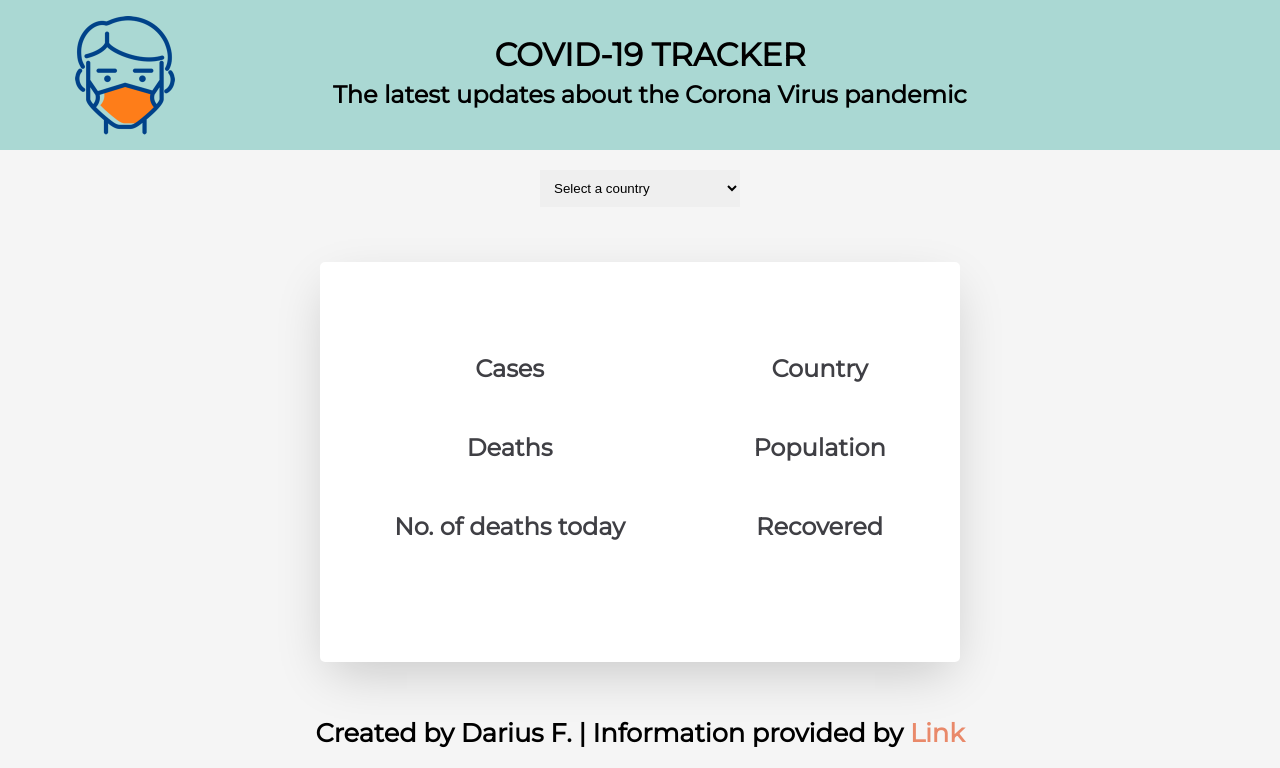
Repository: dariusfarcasanu/Covid-Tracker
Page: index.html
An editor plug-in stored every save of this project. The page is shown before and after the next save, followed by the edit.
The browser window is 1280 px wide. The pictures show the whole page.
The page's requests for data from a server got no answer.

Above is the page before, as saved 2021-05-12 16:25:51.

### index.html
<!DOCTYPE html>
<html lang="en">
  <head>
    <meta charset="UTF-8" />
    <meta http-equiv="X-UA-Compatible" content="IE=edge" />
    <meta name="viewport" content="width=device-width, initial-scale=1.0" />
    <link rel="preconnect" href="https://fonts.gstatic.com" />
    <link
      href="https://fonts.googleapis.com/css2?family=Montserrat&display=swap"
      rel="stylesheet"
    />
    <link rel="stylesheet" href="styles.css" />
    <title>Covid-19 Tracker</title>
  </head>
  <body>
    <header>
      <div class="image-container">
        <img src="rouska-covid.png" alt="" />
      </div>
      <div class="title">
        <h1>Covid-19 Tracker</h1>
        <h2>The latest updates about the Corona Virus pandemic</h2>
      </div>
    </header>
    <div class="container">
      <div class="select-container">
        <select onchange="getData(value)">
          <option value="" disabled selected hidden>Select a country</option>
        </select>
      </div>
      <div class="data-container">
        <div class="stats-container">
          <h4>Cases</h4>
          <h3 id="cases"></h3>
          <h4>Deaths</h4>
          <h3 id="deaths"></h3>
          <h4>No. of deaths today</h4>
          <h3 id="today"></h3>
        </div>

        <div class="location-container">
          <h4>Country</h4>
          <h3 id="country"></h3>
          <h4>Population</h4>
          <h3 id="population"></h3>
          <h4>Recovered</h4>
          <h3 id="recovered"></h3>
        </div>
      </div>
      <div class="footer">
        <h1>
          Created by Darius F. | Information provided by
          <a href="https://systems.jhu.edu/research/public-health/ncov/"
            >Link</a
          >
        </h1>
      </div>
    </div>
    <script src="index.js"></script>
  </body>
</html>

### styles.css
* {
  padding: 0;
  margin: 0;
  box-sizing: border-box;
}

body {
  height: 100vh;
  font-family: 'Montserrat', sans-serif;
  background-color: whitesmoke;
}

h4,
h3 {
  font-size: 1.5rem;
  padding: 10px;
  margin-bottom: 5px;
}

h3 {
  font-weight: 300;
}

header {
  /* background: linear-gradient(to right, #ff9068, #fd746c); */

  background: #aad8d3;

  text-align: center;
  line-height: 2.5rem;
  height: 150px;
  padding: 20px;
  display: flex;
  justify-content: center;
  position: relative;
}

.image-container img {
  position: absolute;
  top: 0;
  left: 50px;
  max-width: 100%;
  display: block;
  height: auto;
  width: 150px;
}

.title {
  /* margin-left: 250px; */
  text-align: center;
  display: flex;
  flex-direction: column;
  align-items: center;
  justify-content: center;
  margin-left: 20px;
}
.title h1 {
  text-transform: uppercase;
}

.select-container {
  padding: 20px;
  text-align: center;
}

.select-container select {
  padding: 10px;
  border: none;
  width: 200px;
  outline: none;
}

.data-container {
  background-color: white;
  height: 400px;
  width: 50%;
  margin: 35px auto 35px;
  padding: 10px;
  display: flex;
  justify-content: space-around;
  align-items: center;
  text-align: center;
  box-shadow: rgba(0, 0, 0, 0.2) 0px 18px 50px -10px;
  border-radius: 5px;
  color: #3f3f44;
  z-index: 100;
}

.footer {
  text-align: center;
  font-size: 0.8rem;
  padding: 20px;
}

.footer a {
  text-decoration: none;
  color: #e9896a;
}

.footer a:hover {
  color: black;
}

@media screen and (max-width: 960px) {
  header {
    flex-direction: column;
  }

  .title {
    margin: 0;
  }

  .image-container {
    margin: 0 auto;
  }
}

@media screen and (max-width: 800px) {
  .data-container {
    flex-direction: column;
    height: 700px;
    justify-content: center;
  }
}

### index.js
window.onload = function () {
  getCovidCountries();
};

const selectTag = document.querySelector('select');
const country = document.getElementById('country');
const cases = document.getElementById('cases');
const population = document.getElementById('population');
const recovered = document.getElementById('recovered');
const deaths = document.getElementById('deaths');
const today = document.getElementById('today');
//We created a function that gets the countries from the API
//and adds them to the select options

function getCovidCountries() {
  fetch('https://corona.lmao.ninja/v2/countries')
    .then(resp => resp.json())
    .then(data => {
      data.map(data => {
        let country = data.country;

        let option = document.createElement('option');
        option.value = country;
        option.text = country;
        selectTag.appendChild(option);
      });
    })
    .catch(err => console.log(err));
}

//Function to fetch the data from the external API and add the
//data to the interface

function getData() {
  fetch(`https://corona.lmao.ninja/v2/countries/${selectTag.value}`)
    .then(resp => resp.json())
    .then(data => {
      let countryData = data.country;
      let casesData = data.cases;
      let populationData = data.population;
      let recoveredData = data.recovered;
      let deathsData = data.deaths;
      let todayData = data.todayDeaths;

      country.innerHTML = countryData;
      cases.innerHTML = casesData.toLocaleString('en');
      population.innerHTML = populationData.toLocaleString('en');
      recovered.innerHTML = recoveredData.toLocaleString('en');
      deaths.innerHTML = deathsData.toLocaleString('en');
      today.innerHTML = todayData.toLocaleString('en');
    })

    .catch(err => console.log(err));
}

After the next save:
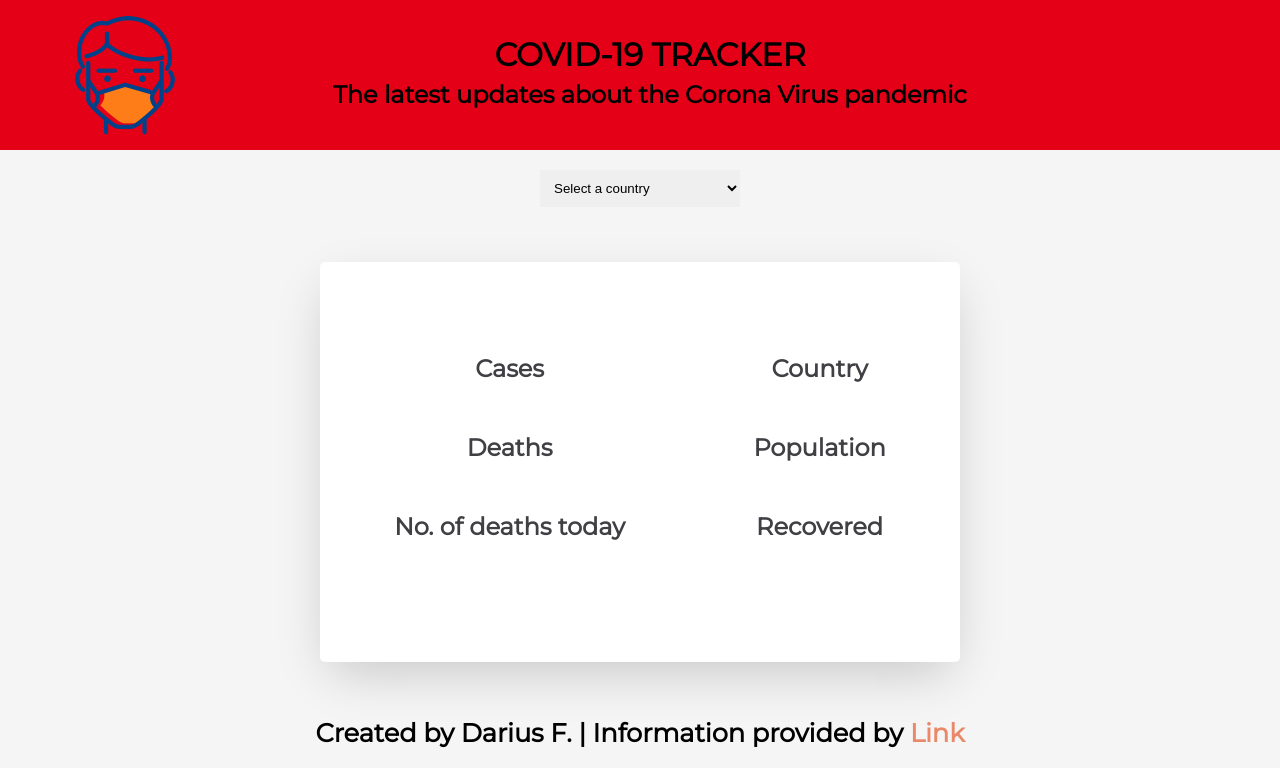
Saved 71 s later.
--- a/styles.css
+++ b/styles.css
@@ -24,7 +24,7 @@
 header {
   /* background: linear-gradient(to right, #ff9068, #fd746c); */
 
-  background: #aad8d3;
+  background: #e40017;
 
   text-align: center;
   line-height: 2.5rem;

After the save that followed:
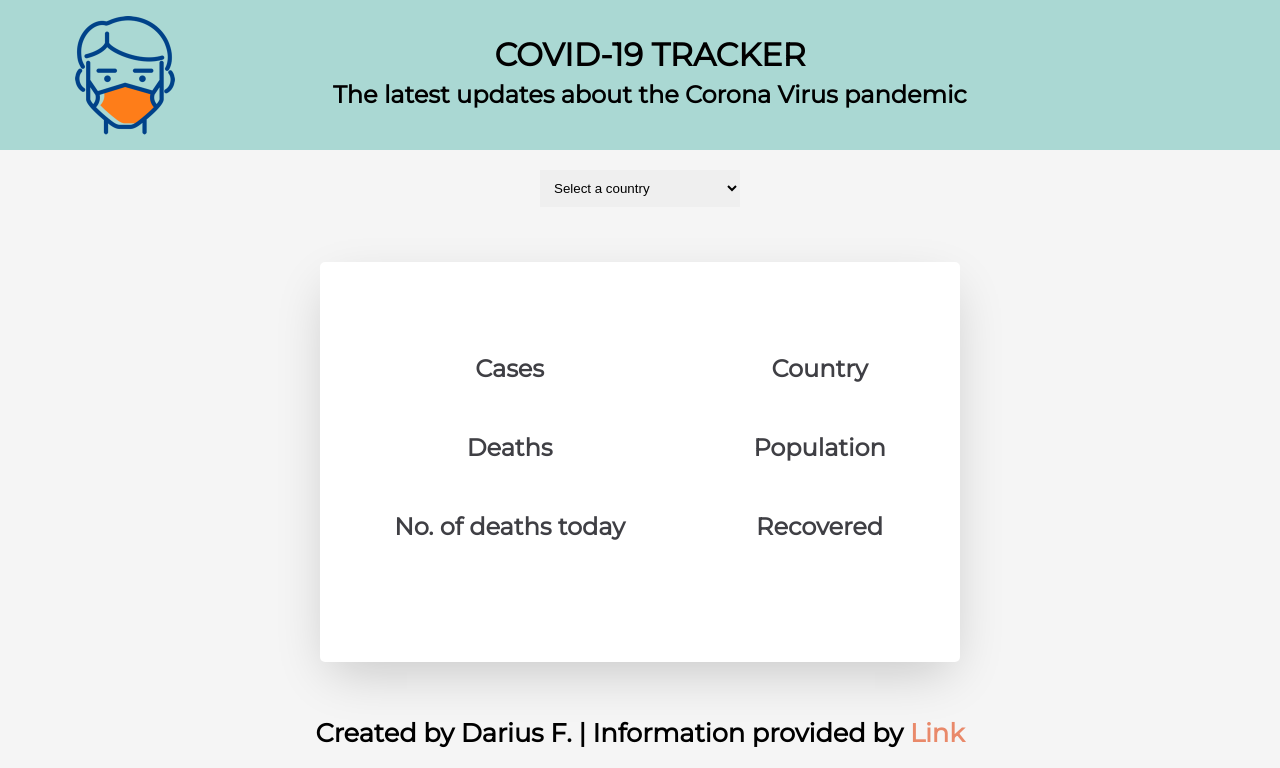
Saved 4 s later.
--- a/styles.css
+++ b/styles.css
@@ -24,7 +24,7 @@
 header {
   /* background: linear-gradient(to right, #ff9068, #fd746c); */
 
-  background: #e40017;
+  background: #aad8d3;
 
   text-align: center;
   line-height: 2.5rem;
